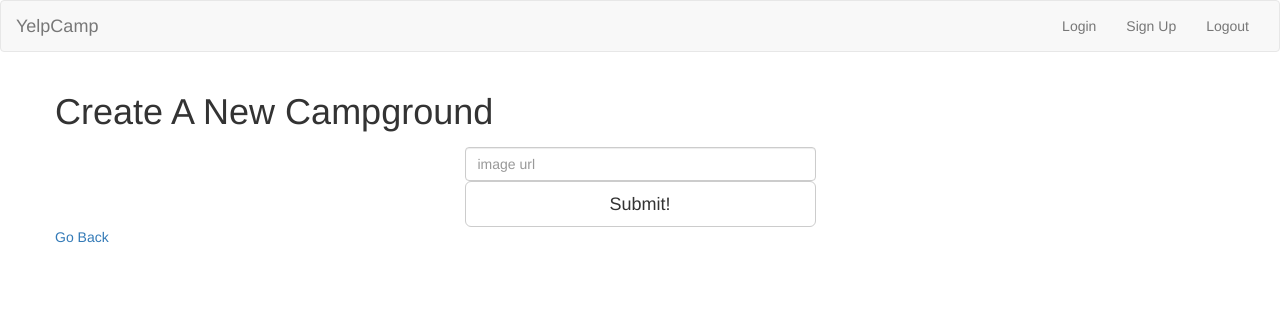
Repository: demioke/web-development-bootcamp
Page: http://localhost/campgrounds/new
The author's editor kept a record of every edit. The page is drawn from the files as they stood at one moment, then again after the next edit.
The browser window is 1280 px wide. The pictures show the whole page.
The page is served by the project's Node server (YelpCamp/v1/app.js).

Above is the page before.

After the next edit:
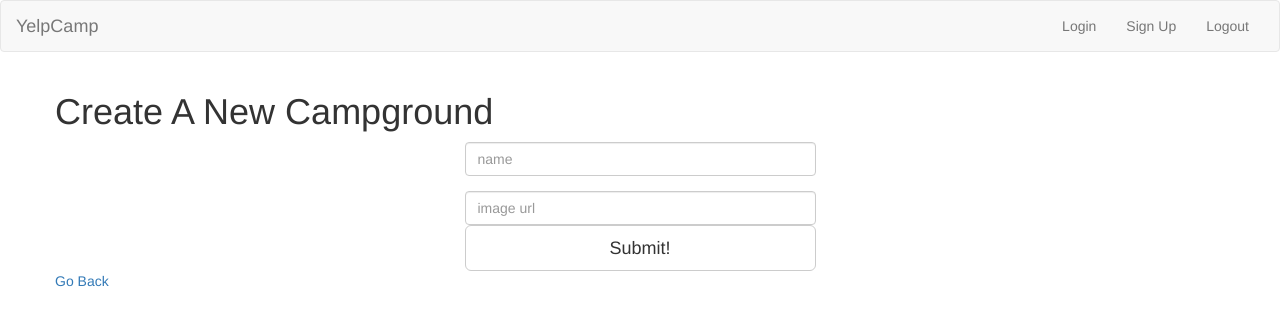
The edit:
--- a/YelpCamp/v1/views/new.ejs
+++ b/YelpCamp/v1/views/new.ejs
@@ -6,7 +6,7 @@
         <div style="width: 30%; margin: 0 auto;">
             <form action="/campgrounds" method="POST">
                 <div class="form-group">
-
+                    <input class="form-control" type="text" name="name" placeholder="name">
                 </div>
                 <div class="form-group">
 
